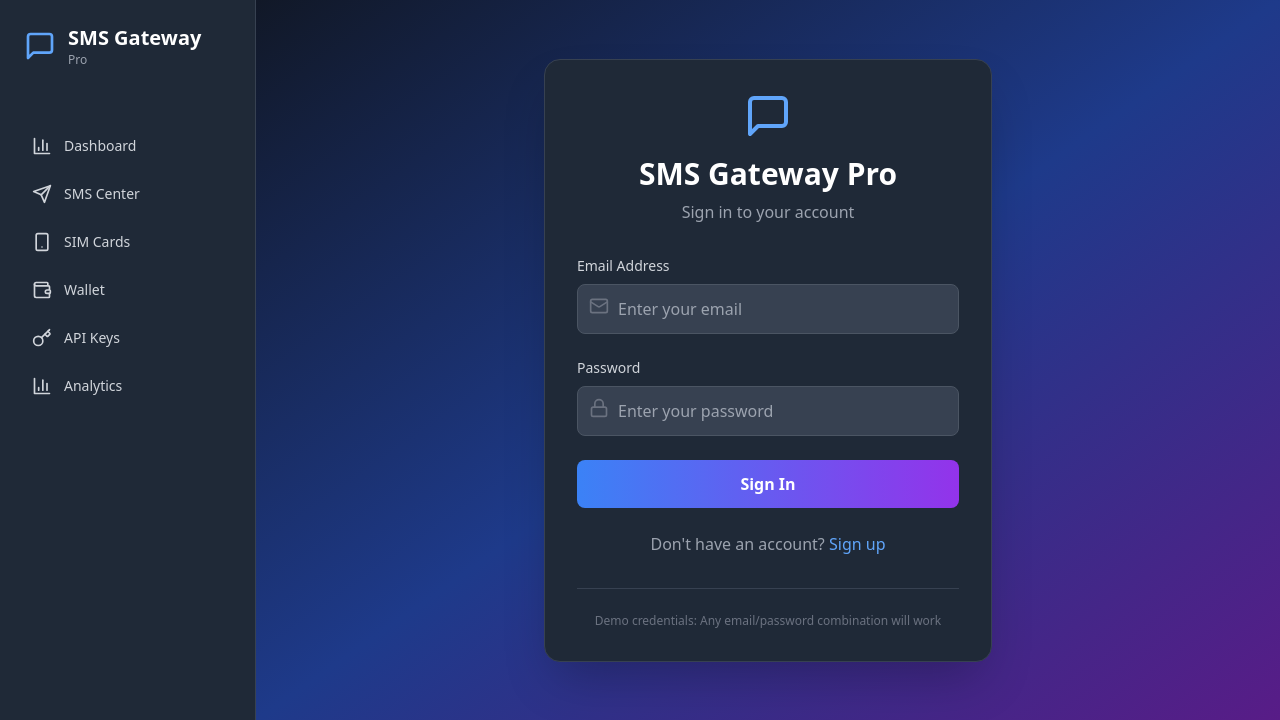
Repository: ICS-Project-x4/Cloud-server
Page: /
The author's editor kept a copy of each file at every save. The page is drawn from the files as they stood at one save, then again after the next save.
The browser window is 1280 px wide. The pictures show the whole page.
The project was rebuilt for these pictures with package versions that can differ from the ones it lists, and the page was loaded fresh each time. Also part of the build but not shown: vite.config.ts, src/components/auth/Register.tsx, src/components/dashboard/StatsCard.tsx, src/components/dashboard/RecentActivity.tsx, src/components/dashboard/QuickActions.tsx, src/components/dashboard/LiveChart.tsx, src/components/dashboard/Dashboard.tsx, src/components/sms/SendSMS.tsx and 9 more. Imported but missing from the stored project, and not drawn on this page: src/services/api.

Above is the page before, as saved 2025-06-10 11:28:30.

After the next save:
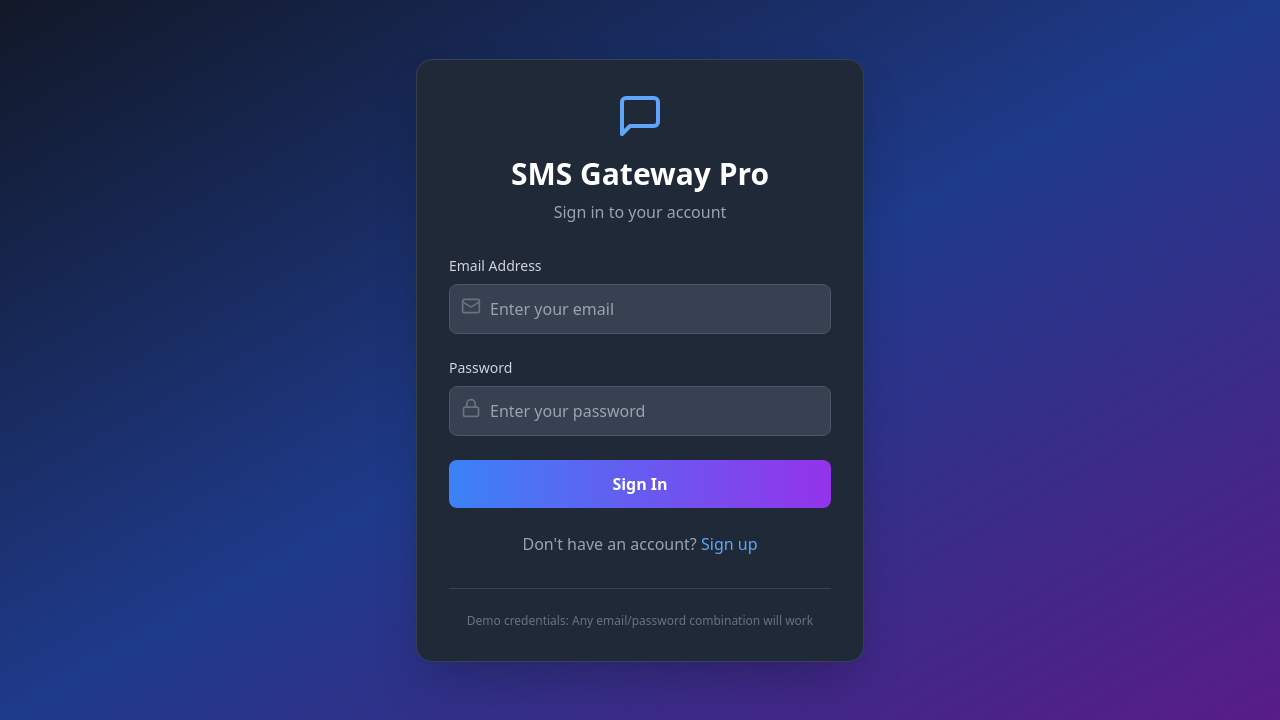
Saved 41 s later.
--- a/src/App.tsx
+++ b/src/App.tsx
@@ -12,17 +12,39 @@ import Sidebar from './components/layout/Sidebar';
 // Protected Route component
 function ProtectedRoute({ children }: { children: React.ReactNode }) {
   const { isAuthenticated } = useAuth();
-  return isAuthenticated ? <>{children}</> : <Navigate to="/login" />;
+  return isAuthenticated ? <>{children}</> : <Navigate to="/login" replace />;
+}
+
+// Public Route component (for login/register)
+function PublicRoute({ children }: { children: React.ReactNode }) {
+  const { isAuthenticated } = useAuth();
+  return !isAuthenticated ? <>{children}</> : <Navigate to="/" replace />;
 }
 
 function AppRoutes() {
+  const { isAuthenticated } = useAuth();
+
   return (
-    <div className="flex">
-      <Sidebar />
+    <div className="flex min-h-screen bg-gray-900">
+      {isAuthenticated && <Sidebar />}
       <div className="flex-1">
         <Routes>
-          <Route path="/login" element={<Login />} />
-          <Route path="/register" element={<Register />} />
+          <Route
+            path="/login"
+            element={
+              <PublicRoute>
+                <Login />
+              </PublicRoute>
+            }
+          />
+          <Route
+            path="/register"
+            element={
+              <PublicRoute>
+                <Register />
+              </PublicRoute>
+            }
+          />
           <Route
             path="/"
             element={
@@ -63,13 +85,11 @@ function AppRoutes() {
 
 function App() {
   return (
-    <div className="min-h-screen bg-gray-900">
-      <Router>
-        <AuthProvider>
-          <AppRoutes />
-        </AuthProvider>
-      </Router>
-    </div>
+    <Router>
+      <AuthProvider>
+        <AppRoutes />
+      </AuthProvider>
+    </Router>
   );
 }
 
